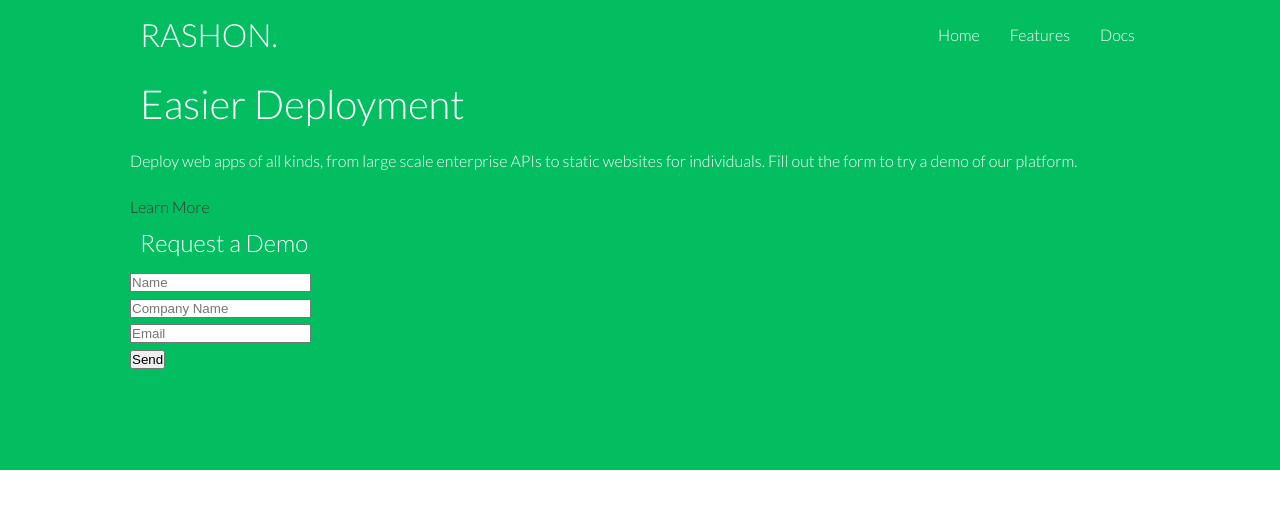
Repository: Skilis/website-modern
Page: index.html
The author's editor kept a copy of each file at every save. The page is drawn from the files as they stood at one save, then again after the next save.
The browser window is 1280 px wide. The pictures show the whole page.

Above is the page before, as saved 2020-10-23 13:19:02.

### index.html
<!DOCTYPE html>
<html lang="en">

<head>
  <meta charset="UTF-8">
  <meta name="viewport" content="width=device-width, initial-scale=1.0">
  <link rel="stylesheet" href="https://cdnjs.cloudflare.com/ajax/libs/font-awesome/5.15.1/css/all.min.css"
    integrity="sha512-+4zCK9k+qNFUR5X+cKL9EIR+ZOhtIloNl9GIKS57V1MyNsYpYcUrUeQc9vNfzsWfV28IaLL3i96P9sdNyeRssA=="
    crossorigin="anonymous" />
  <link rel="stylesheet" href="css/style.css">
  <title>Rashon | Cloud Hosting For The SuperPhly</title>
</head>

<body>
  <!-- Navbar-->
  <div class="navbar">
    <div class="container flex">
      <h1 class="logo">RASHON.</h1>
      <nav>
        <ul>
          <li><a href="index.html">Home</a></li>
          <li><a href="features.html">Features</a></li>
          <li><a href="docs.html">Docs</a></li>
        </ul>
      </nav>
    </div>

  </div>

  <!-- Showcase-->

  <section class="showcase">
    <div class="container grid">
      <div class="showcase-text">
        <h1>Easier Deployment</h1>
        <p>Deploy web apps of all kinds, from large scale enterprise APIs to static websites for individuals. Fill out
          the form to try a demo of our platform.</p>
        <a href="features.html" class="btn btn-outline">Learn More</a>
      </div>

      <div clas="showcase-form card">
        <h2>Request a Demo</h2>
        <form>
          <div class="form-control">
            <input type="text" name="name" placeholder="Name" required>
          </div>
          <div class="form-control">
            <input type="text" name="company" placeholder="Company Name" required>
          </div>
          <div class="form-control">
            <input type="email" name="email" placeholder="Email" required>
          </div>
          <input type="submit" value="Send" class="btn btn-primary">
        </form>
      </div>
    </div>

  </section>
</body>

</html>

### css/style.css
@import url('https://fonts.googleapis.com/css2?family=Lato:wght@300&display=swap');

:root {
  --primary-color: #03be61;
}

* {
  box-sizing: border-box;
  padding: 0;
  margin: 0;
}

body {
  font-family: 'Lato', sans-serif;
  color: #333;
  line-height: 1.6;
}

ul {
  list-style-type: none;
}

a {
  text-decoration: none;
  color: #333;
}

h1,
h2 {
  font-weight: 300;
  line-height: 1.2;
  margin: 10px;
}

p {
  margin: 10px 0;
}

img {
  width: 100%;
}

/* Navrbar*/

.navbar {
  background-color: var(--primary-color);
  color: #fff;
  height: 70px;
}

.navbar ul {
  display: flex;
}

.navbar a {
  color: #fff;
  padding: 10px;
  margin: 0 5px;
}

.navbar a:hover {
  border-bottom: 2px white solid;
}

.navbar .flex {
  justify-content: space-between;
}

/* Showcase*/

.showcase {
  height: 400px;
  background-color: var(--primary-color);
  color: white;
  position: relative;
}

.showcase h1 {
  font-size: 40px;
}

.showcase p {
  margin: 20px 0;
}

/* Utilities*/

.container {
  max-width: 1100px;
  margin: 0 auto;
  overflow: auto;
  padding: 0 40px;
}

.flex {
  display: flex;
  justify-content: center;
  align-items: center;
  height: 100%;
}

After the next save:
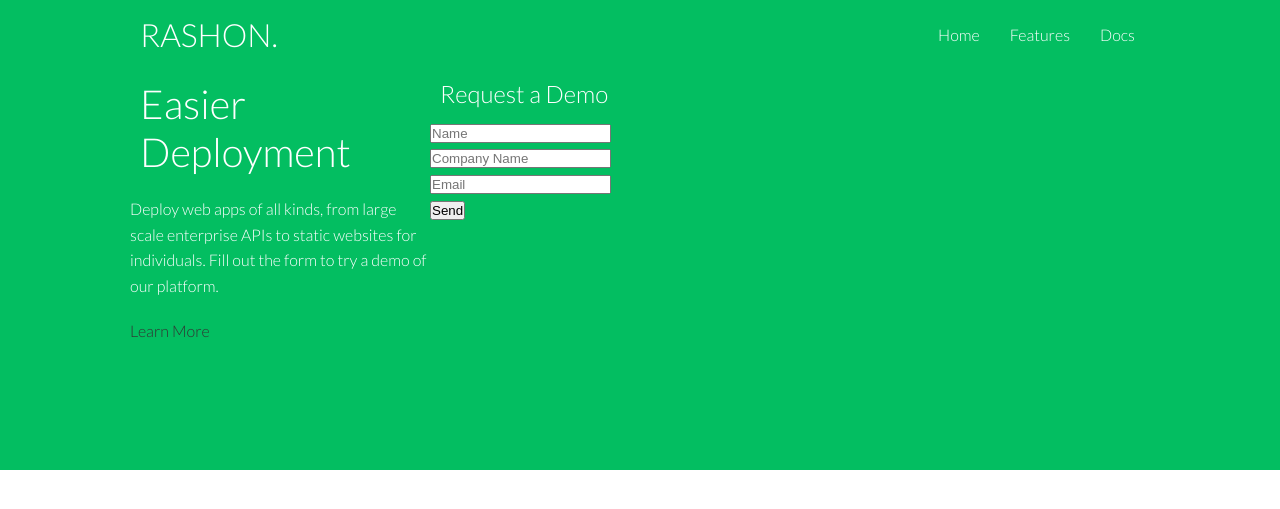
Saved 73 s later.
--- a/css/style.css
+++ b/css/style.css
@@ -98,3 +98,8 @@
   align-items: center;
   height: 100%;
 }
+
+.grid {
+  display: grid;
+  grid-template-columns: 300px 200px;
+}
